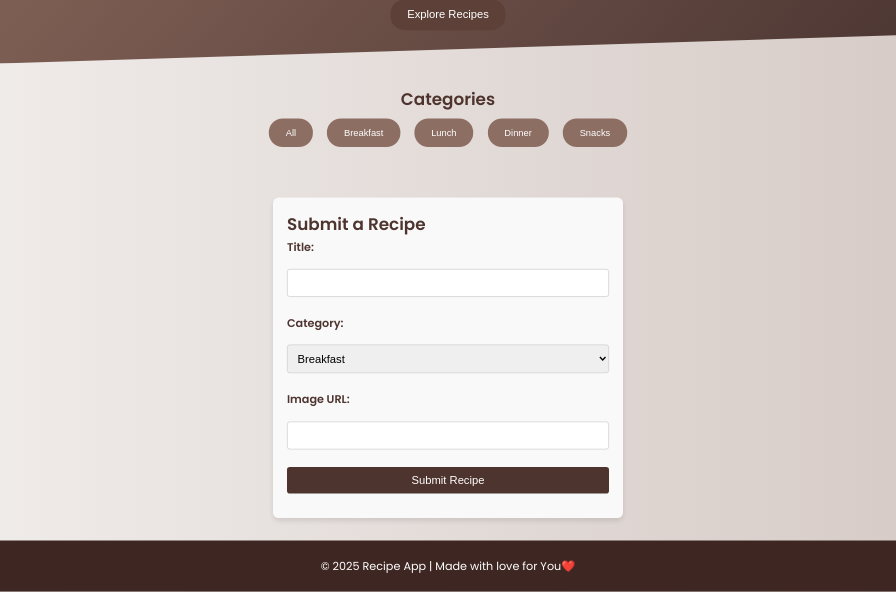
Repository: Patience225/recipe-app
Page: index.html
An editor plug-in stored every save of this project. The page is shown before and after a run of saves, followed by the edit.
The browser window is 1280 px wide. The pictures show the part of the page from y = 373 to 2293 px (the page is 1218 px tall before and 2780 px after), at 70% of full size.

Above is the page before, as saved 2025-01-30 02:57:31.
Console error: SyntaxError: Unexpected token '}'

After the next 4 saves:
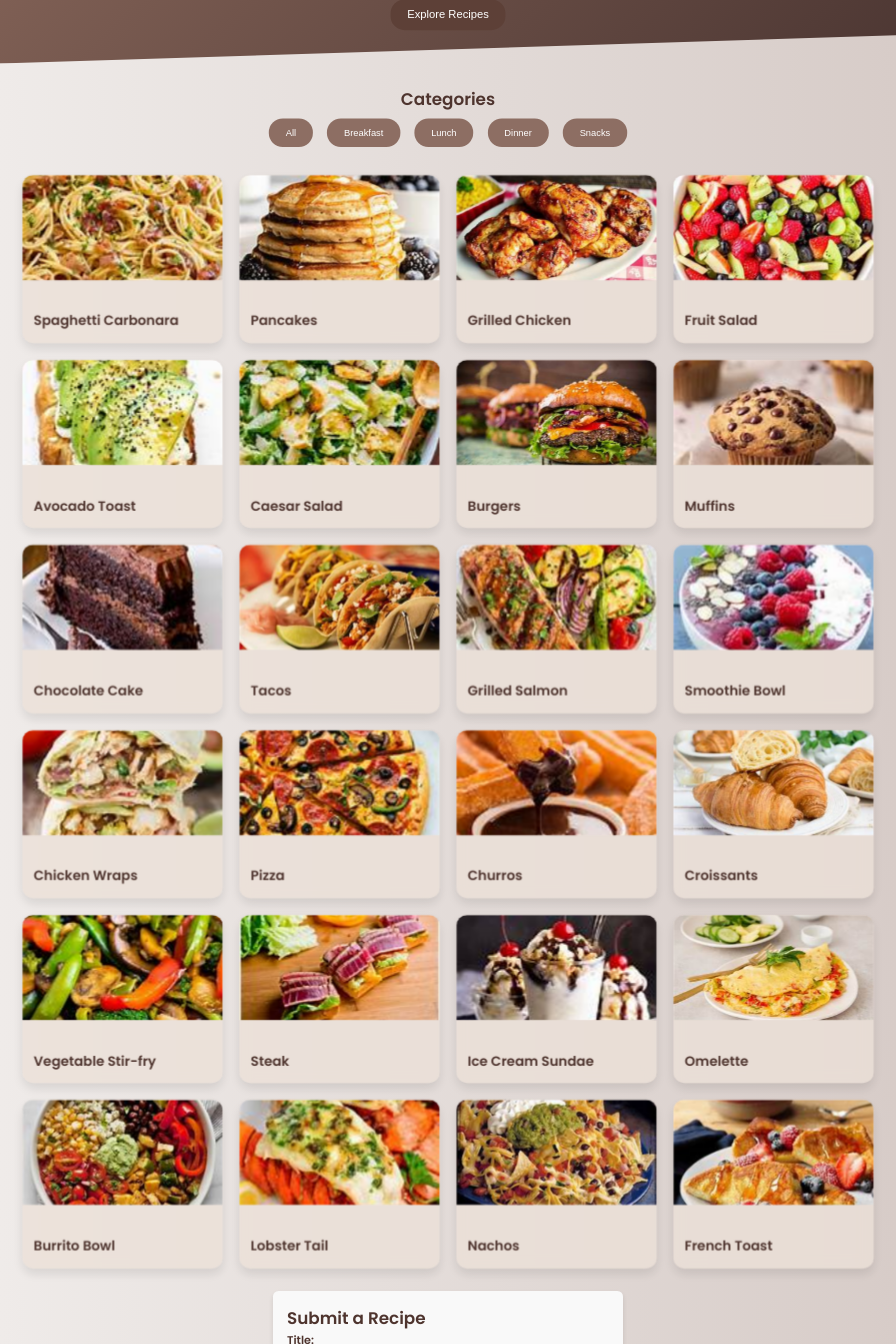
The error is gone.
The 4 saves are shown as one change because they came seconds apart.
The last was saved 16 s later.
--- a/script.js
+++ b/script.js
@@ -16,42 +16,7 @@ const recipes = [
       title: "Spaghetti Carbonara",
       category: "Lunch",
       image: "images/Spaghetti Carbonara.jpeg",
-      ingredients: [
-        "200g spaghetti",
-        "100g pancetta",
-        "2 large eggs",
-        "50g pecorino cheese",
-        "50g parmesan",
-        "2 plump garlic cloves, peeled and left whole",
-        "50g unsalted butter",
-        "Sea salt and freshly ground black pepper"
-      ],
-      preparation: [
-        "Put a large saucepan of water on to boil.",
-        "Finely chop the pancetta, having first removed any rind.",
-        "Finely grate both cheeses and mix them together.",
-        "Beat the eggs in a medium bowl, season with a little freshly grated black pepper and set everything aside.",
-        "Add 1 tsp salt to the boiling water, add the spaghetti and when the water comes back to the boil, cook at a constant simmer, covered, for 10 minutes or until al dente (just cooked).",
-        "Squash the garlic with the blade of a knife, just to bruise it.",
-        "While the spaghetti is cooking, fry the pancetta with the garlic.",
-        "Drop the butter into a large frying pan or wok and, as soon as the butter has melted, tip in the pancetta and garlic.",
-        "Leave to cook on a medium heat for about 5 minutes, stirring often, until the pancetta is golden and crisp.",
-        "The garlic has now imparted its flavour, so take it out with a slotted spoon and discard.",
-        "Keep the heat under the pancetta on low.",
-        "When the pasta is ready, lift it from the water with a pasta fork or tongs and put it in the frying pan with the pancetta.",
-        "Mix most of the cheese in with the eggs, keeping a small handful back for sprinkling over later.",
-        "Take the pan of spaghetti and pancetta off the heat.",
-        "Quickly pour in the eggs and cheese.",
-        "Using the tongs or a long fork, lift up the spaghetti so it mixes easily with the egg mixture, which thickens but doesn’t scramble, and everything is coated.",
-        "Add extra pasta cooking water to keep it saucy (several tablespoons should do it).",
-        "You don’t want it wet, just moist. Season with a little salt, if needed.",
-        "Use a long-pronged fork to twist the pasta on to the serving plate or bowl.",
-        "Serve immediately with a little sprinkling of the remaining cheese and a grating of black pepper."
-
-    },
-    // Add similar objects for other recipes
-  ];
-  ,
+    },
     {
       id: 2,
       title: "Pancakes",
